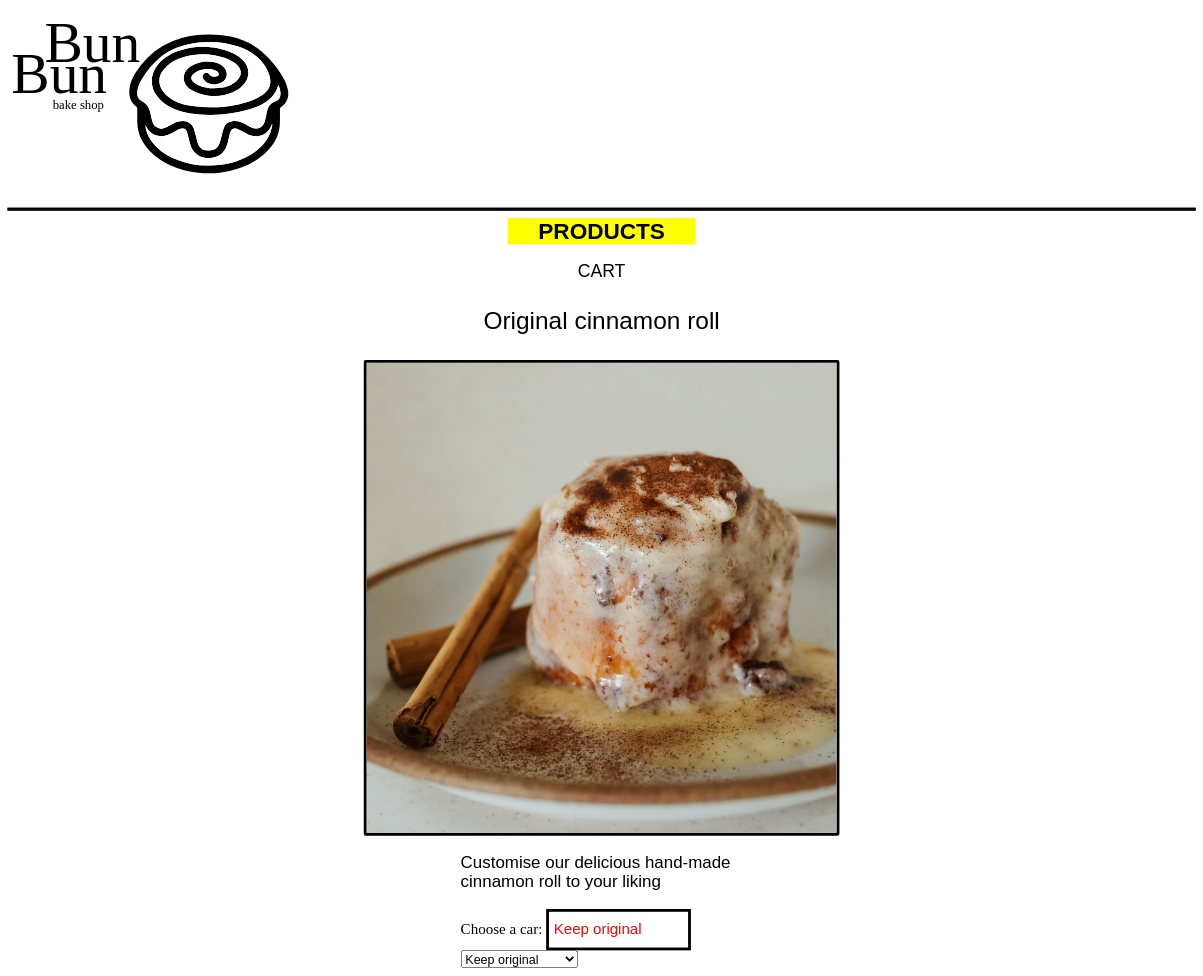
Repository: alicianghm/pui-hw
Page: solution-hw1/HW1-Detail.html
These files come from the project's save history. The page is drawn as it stood at one moment and after the next save; the edit follows.
The browser window is 1280 px wide. The pictures show the whole page, at 94% of full size.

Above is the page before, as saved 2022-09-08 09:36:35.

### solution-hw1/HW1-Detail.html
<!DOCTYPE html>
<html>
  <head>
    <meta charset="utf-8">
    <meta name="author" content="Alicia Ng">
    <title>Bun Bun Bake Shop</title>
    <link href="hw1.css" rel="stylesheet" type="text/css">
  </head>
  <body>
    <h1 id="logo"><img src="assets/logo-01.svg"></h1>
    <hr size="3"
        color="black">
    <div id="nav">
      <h2 id="selectedButton">PRODUCTS</h2>
      <div class="cartButton"><h3>CART</h3></div>
    </div>
    <div>
      <p class="itemTitle"> Original cinnamon roll</p>
      <img src="assets/original-cinnamon-roll.jpeg" id="itemPage">
      <br>
      <div id="container">
        <p class="description"> Customise our delicious hand-made cinnamon roll to your liking</p>
        <br>
        <label for="cars">Choose a car:</label>
          <button class="dropButton">Keep original</button>
          <div>
            <select class="detail-dropdown">
              <option value="Keep original">Keep original</option>
              <option value="Sugar milk">Sugar milk</option>
              <option value="Vanilla milk">Vanilla milk</option>
              <option value="Double chocolate">Double chocolate</option>
            </select>
          </div>
        </div>
      </div>
    </div>
  </body>
  </html>

### solution-hw1/hw1.css
#logo{
  max-width: 300px;
}

h2,h3 {
  font-family: Arial, Helvetica, sans-serif;
  font-weight: 300;
  text-align: center;
}

a{
  text-decoration: none;
  color: black;
}

#nav:hover{
  width: 200px;
  margin: 0 auto;
}

.productButton :hover{
  background-color: yellow;
  vertical-align: middle;
  font-weight: 800;
}

.cartButton :hover{
  background-color: yellow;
  text-align: center;
  font-weight: 800;
}

#container{
  width: 300px;
  margin: 0 auto;
}

p {
  font-family: Arial, Helvetica, sans-serif;
  font-weight: 300;
  text-align: center;
}
#title{
  font-size: 32px;
}
.inventory{
  display: block;
  margin: 0 auto;
  width: 302px;
  padding: 2px;
}
.inventory:hover{
  background-color: yellow;
  margin: 0 auto;
  padding: 2px;
}

#itempic{
  width: 300px;
  margin: 0px auto 0px auto;
  border-radius: 2px;
  border-style: solid;
}
.item{
  text-decoration: underline;
  font-size: 26px;
  text-align: left;
  line-height: auto;
}

.price{
  font-size: 28px;
  text-align: left;
  line-height: 10pt;
}

#selectedButton{
  background-color: yellow;
  font-weight: 800;
  margin: 0 auto;
  width: 200px;

}

.itemTitle{
  font-size: 26px;
}

#itemPage{
  width: 500px;
  border-radius: 2px;
  border-style: solid;
  margin: 0 auto;
  display: block;
}

.description{
  width: 300px;
  margin: 0 auto;
  font-size: 18px;
  text-align: left;
}

.dropButton{
  color: red;
  background-color: white;
  border: black;
  border-style: solid;
  font-size: 16px;
  padding: 10px 50px 10px 5px;
}

After the next save:
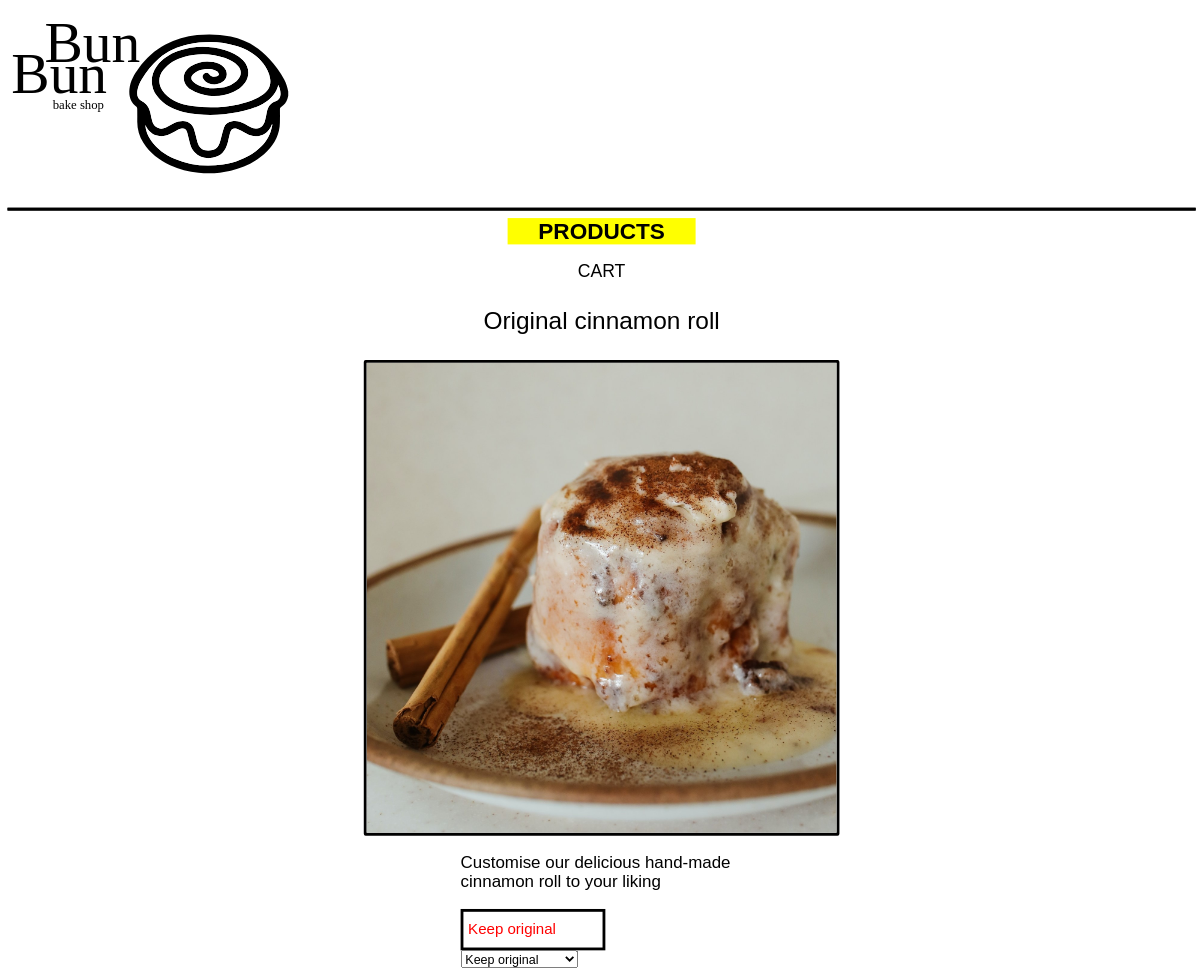
Saved 19 s later.
--- a/solution-hw1/HW1-Detail.html
+++ b/solution-hw1/HW1-Detail.html
@@ -21,7 +21,6 @@
       <div id="container">
         <p class="description"> Customise our delicious hand-made cinnamon roll to your liking</p>
         <br>
-        <label for="cars">Choose a car:</label>
           <button class="dropButton">Keep original</button>
           <div>
             <select class="detail-dropdown">
